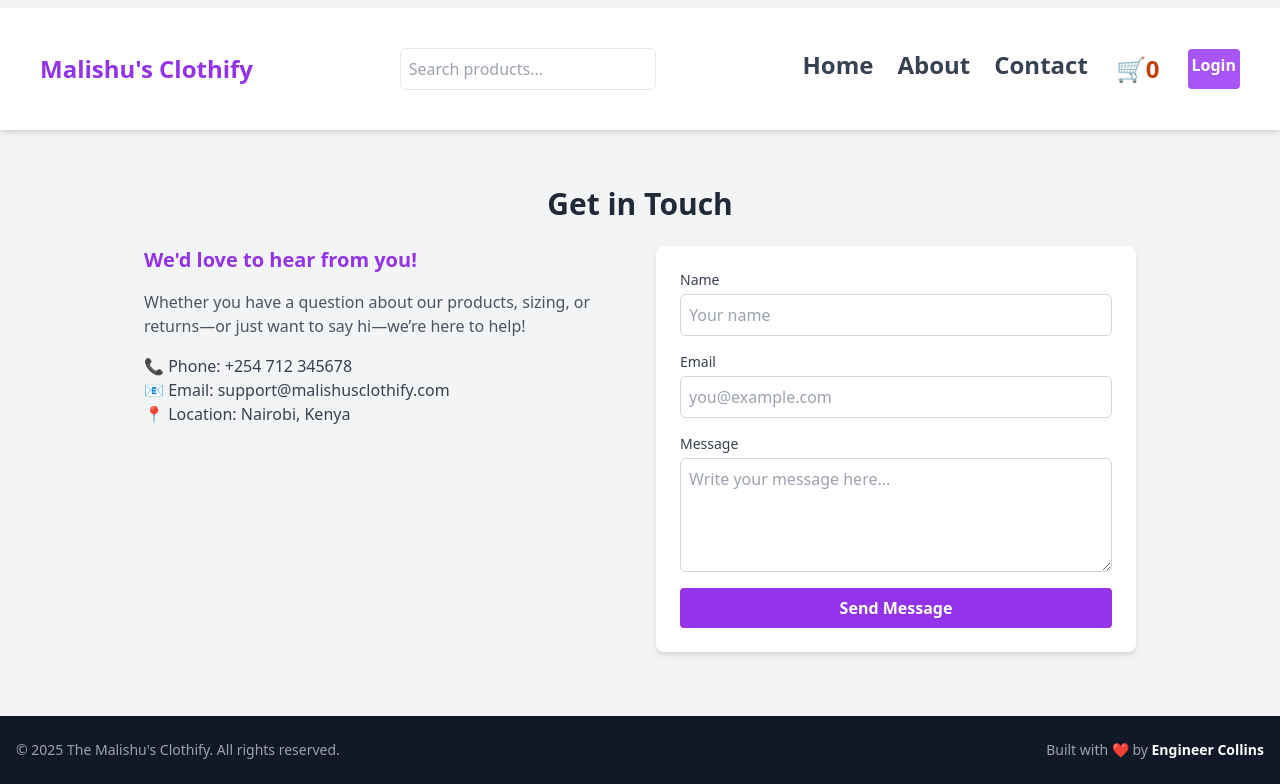
Repository: Engineer-collo/Modern-Ecommerce-Application
Page: /contact
These files come from the project's save history. The page is drawn as it stood at one moment and after the next save; the edit follows.
The browser window is 1280 px wide. The pictures show the whole page.
The project was rebuilt for these pictures with package versions that can differ from the ones it lists, and the page was loaded fresh each time. Also part of the build but not shown: vite.config.js, src/components/SignupForm.jsx, src/components/LoginForm.jsx, src/components/ProductCard.jsx, src/components/ProductFeed.jsx, src/components/About.jsx, src/components/Cart.jsx.

Above is the page before, as saved 2025-05-23 16:04:12.

After the next save:
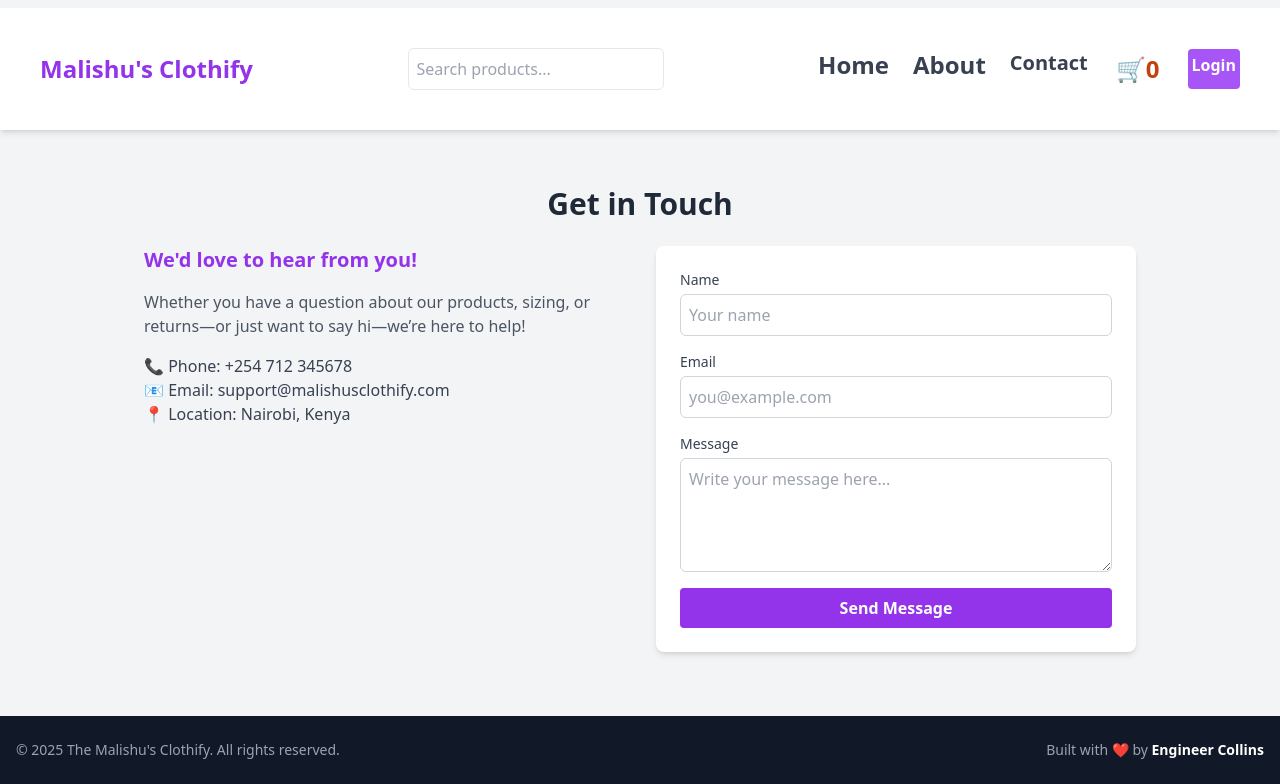
Saved 4 s later.
--- a/src/components/Navbar.jsx
+++ b/src/components/Navbar.jsx
@@ -72,7 +72,7 @@ const Navbar = ({ cart = [], searchTerm, setSearchTerm }) => {
           </Link>
           <Link
             to="/contact"
-            className=" text-2xl hover:text-blue-500 font-bold text-gray-700 transition"
+            className=" text-xl hover:text-blue-500 font-bold text-gray-700 transition"
           >
             Contact
           </Link>
